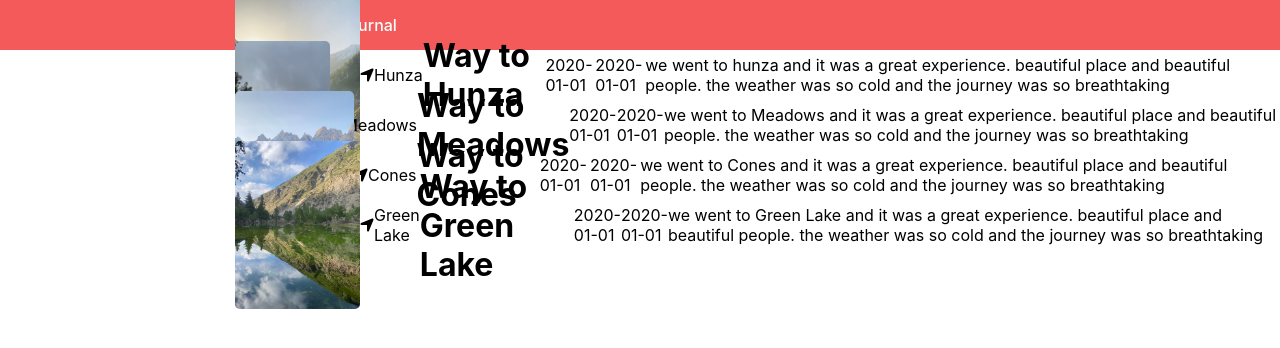
Repository: mortiestmorty1/travel-journal
Page: /
The author's editor kept a copy of each file at every save. The page is drawn from the files as they stood at one save, then again after the next save.
The browser window is 1280 px wide. The pictures show the whole page.
The project was rebuilt for these pictures with package versions that can differ from the ones it lists, and the page was loaded fresh each time.

Above is the page before, as saved 2024-01-17 14:44:57.

After the next save:
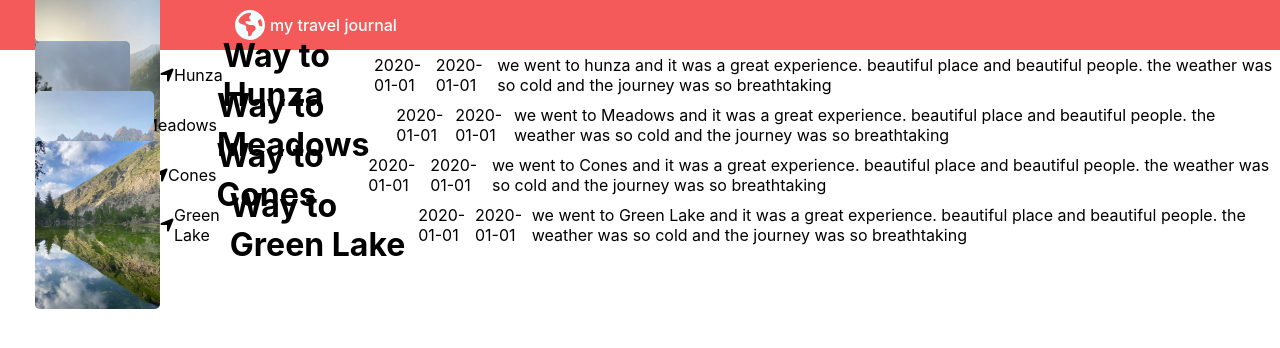
Saved 9 s later.
--- a/src/App.css
+++ b/src/App.css
@@ -29,7 +29,7 @@
   align-items: center;
 
   height: 50px;
-  margin-left: 230px;
+  margin-left: 30px;
 }
 .image{
   width: 125px;
